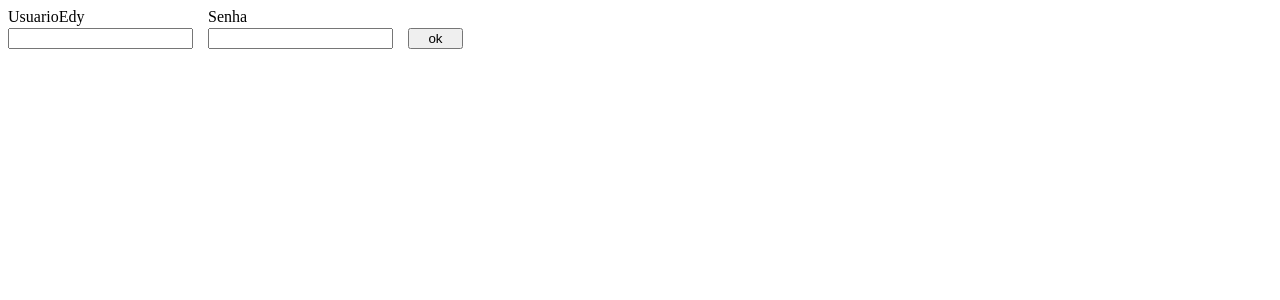
Repository: ermartins/MADASCAR
Page: http://localhost/ProjectPortal_ERM/Login/Login.jsp
The author's editor kept a copy of each file at every save. The page is drawn from the files as they stood at one save, then again after the next save.
The browser window is 1280 px wide. The pictures show the whole page.
The page is served by Tomcat 9. Other server files are loaded and not shown.

Above is the page before, as saved 2016-10-13 16:48:18.

### JAVA/ProjectPortal_ERM/WebContent/Login/Login.jsp
<%@ page language="java" contentType="text/html; charset=ISO-8859-1"
	pageEncoding="ISO-8859-1"%>
<%@taglib prefix="fmt" uri="http://java.sun.com/jsp/jstl/fmt"%>
<!DOCTYPE html PUBLIC "-//W3C//DTD HTML 4.01 Transitional//EN" "http://www.w3.org/TR/html4/loose.dtd">
<html>
<head>
<meta http-equiv="Content-Type" content="text/html; charset=ISO-8859-1">
<link href="Styles/IncludeBorder.css" rel="stylesheet" />
<link href="Styles/Login.css" rel="stylesheet" />

<title>Insert title here</title>

</head>
<body>
	<fmt:setLocale value="pt" />
	<div class="cl_Border" style="height: 100px;">
		<div class="cl_Border"
			style="float: left; width: 200px; height: 49px;">
			<div class="cl_Border cl_Height20">
				<label id="lblUsuario"><fmt:message key="recurso.lblUsuario" /></label>
			</div>
			<div class="cl_Border">
				<input type="text" name="txtUsuario">
			</div>
		</div>
		<div class="cl_Border"
			style="float: left; width: 200px; height: 49px;">
			<div class="cl_Border cl_Height20" >
				<label id="lblSenha"><fmt:message key="recurso.lblSenha" /></label>
			</div>
			<div class="cl_Border">
				<input type="password" name="txtSenha">
			</div>
		</div>
		<div class="cl_Border"
			style="float: left; width: 60px; height: 49px;">
						<div class="cl_Border cl_Height20">
			</div>
			<div class="cl_Border">
				<input type="submit" name="btnOk" value="ok" style="width: 55px;">
			</div>
		</div>
	</div>
</body>
</html>

### JAVA/ProjectPortal_ERM/WebContent/Styles/IncludeBorder.css
.cl_Border_{
border-style: solid;
border-width: 1px;
}

### JAVA/ProjectPortal_ERM/WebContent/Styles/Login.css
@CHARSET "ISO-8859-1";
.cl_Height20
{
	height: 20px;
}

.cl_Padding4
{
	padding: 4px;
}

After the next save:
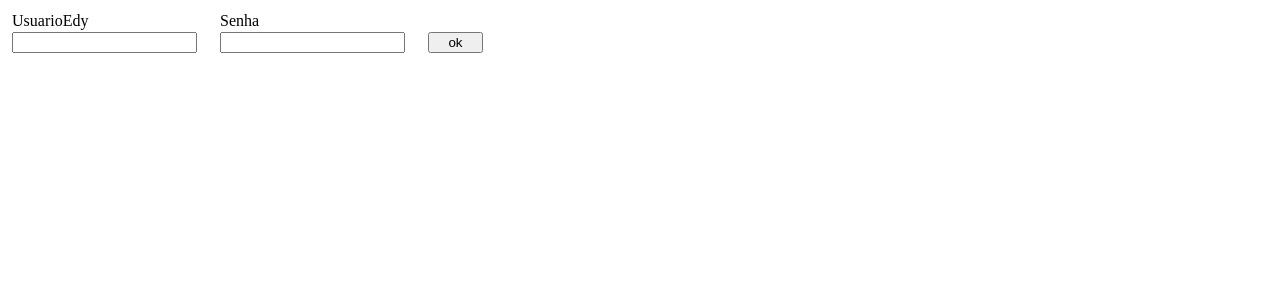
Saved 29 s later.
--- a/JAVA/ProjectPortal_ERM/WebContent/Login/Login.jsp
+++ b/JAVA/ProjectPortal_ERM/WebContent/Login/Login.jsp
@@ -14,7 +14,7 @@
 <body>
 	<fmt:setLocale value="pt" />
 	<div class="cl_Border" style="height: 100px;">
-		<div class="cl_Border"
+		<div class="cl_Border cl_Padding4"
 			style="float: left; width: 200px; height: 49px;">
 			<div class="cl_Border cl_Height20">
 				<label id="lblUsuario"><fmt:message key="recurso.lblUsuario" /></label>
@@ -23,7 +23,7 @@
 				<input type="text" name="txtUsuario">
 			</div>
 		</div>
-		<div class="cl_Border"
+		<div class="cl_Border cl_Padding4"
 			style="float: left; width: 200px; height: 49px;">
 			<div class="cl_Border cl_Height20" >
 				<label id="lblSenha"><fmt:message key="recurso.lblSenha" /></label>
@@ -32,7 +32,7 @@
 				<input type="password" name="txtSenha">
 			</div>
 		</div>
-		<div class="cl_Border"
+		<div class="cl_Border cl_Padding4"
 			style="float: left; width: 60px; height: 49px;">
 						<div class="cl_Border cl_Height20">
 			</div>

After the save that followed:
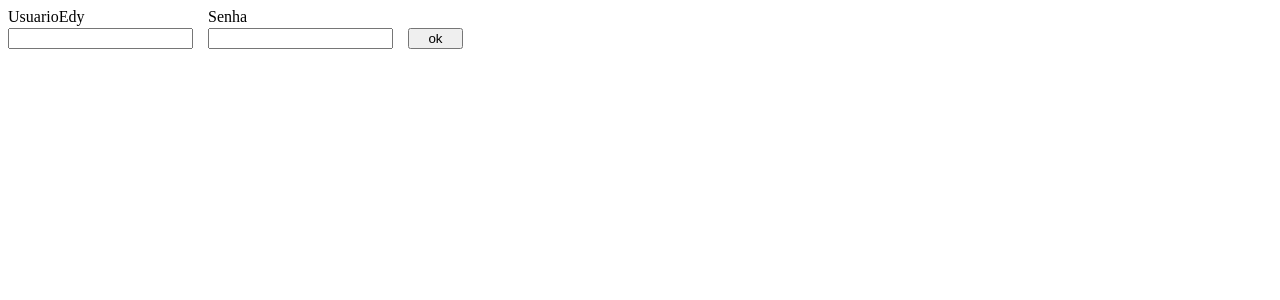
Saved 55 s later.
--- a/JAVA/ProjectPortal_ERM/WebContent/Login/Login.jsp
+++ b/JAVA/ProjectPortal_ERM/WebContent/Login/Login.jsp
@@ -14,7 +14,7 @@
 <body>
 	<fmt:setLocale value="pt" />
 	<div class="cl_Border" style="height: 100px;">
-		<div class="cl_Border cl_Padding4"
+		<div class="cl_Border cl_Padding7"
 			style="float: left; width: 200px; height: 49px;">
 			<div class="cl_Border cl_Height20">
 				<label id="lblUsuario"><fmt:message key="recurso.lblUsuario" /></label>
@@ -23,7 +23,7 @@
 				<input type="text" name="txtUsuario">
 			</div>
 		</div>
-		<div class="cl_Border cl_Padding4"
+		<div class="cl_Border cl_Padding7"
 			style="float: left; width: 200px; height: 49px;">
 			<div class="cl_Border cl_Height20" >
 				<label id="lblSenha"><fmt:message key="recurso.lblSenha" /></label>
@@ -32,7 +32,7 @@
 				<input type="password" name="txtSenha">
 			</div>
 		</div>
-		<div class="cl_Border cl_Padding4"
+		<div class="cl_Border cl_Padding7"
 			style="float: left; width: 60px; height: 49px;">
 						<div class="cl_Border cl_Height20">
 			</div>
